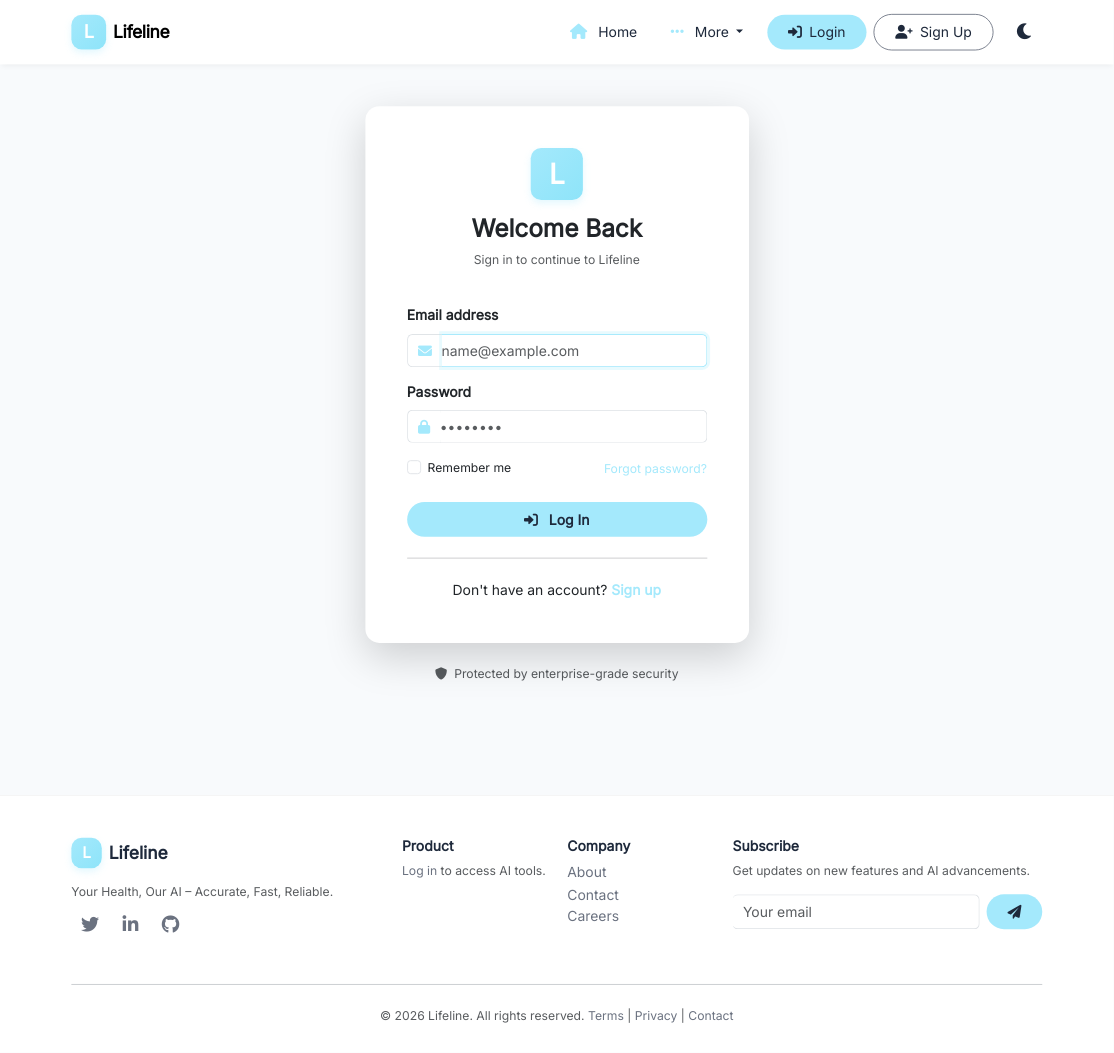
Repository: YackswebCode/lifeline
Page: http://localhost/login
An editor plug-in stored every save of this project. The page is shown before and after the next save, followed by the edit.
The browser window is 1280 px wide. The pictures show the whole page, at 87% of full size.
The page is served by the project's Laravel application, run on PHP 8.4 with Laravel 12. Other server files are loaded and not shown.

Above is the page before, as saved 2026-02-25 16:31:51.

### routes/web.php
<?php

use Illuminate\Support\Facades\Route;
use App\Http\Controllers\LandingController;
use App\Http\Controllers\DashboardController;
use App\Http\Controllers\AnalyzeController;
use App\Http\Controllers\SettingsController;
use App\Http\Controllers\Admin\DashboardController as AdminDashboardController;
use App\Http\Controllers\PageController;

Route::get('/', [LandingController::class, 'index'])->name('landing');

// Authentication pages (static design only)
Route::get('/login', function () {
    return view('auth.login');
})->name('login');
Route::get('/register', function () {
    return view('auth.register');
})->name('register');

// Protected pages (just design, no middleware yet)
Route::get('/dashboard', [DashboardController::class, 'index'])->name('dashboard');
Route::get('/analyze', [AnalyzeController::class, 'index'])->name('analyze');
Route::get('/settings', [SettingsController::class, 'index'])->name('settings');

// Admin pages
Route::prefix('admin')->name('admin.')->group(function () {
    Route::get('/dashboard', [AdminDashboardController::class, 'index'])->name('dashboard');
});

// Static pages
Route::get('/about', [PageController::class, 'about'])->name('about');
Route::get('/contact', [PageController::class, 'contact'])->name('contact');
Route::get('/terms', [PageController::class, 'terms'])->name('terms');
Route::get('/privacy', [PageController::class, 'privacy'])->name('privacy');

### resources/views/auth/login.blade.php
@extends('layouts.app')

@section('title', 'Login - Lifeline')

@section('content')
<div class="container">
    <div class="row justify-content-center align-items-center min-vh-75">
        <div class="col-md-8 col-lg-6 col-xl-5">
            <!-- Card with subtle shadow and rounded corners -->
            <div class="card border-0 shadow-lg rounded-4 p-4 p-md-5">
                <!-- Brand icon / logo at the top -->
                <div class="text-center mb-4">
                    <div class="logo mx-auto" style="width: 60px; height: 60px; font-size: 2rem;">L</div>
                    <h3 class="mt-3 fw-bold">Welcome Back</h3>
                    <p class="text-muted small">Sign in to continue to Lifeline</p>
                </div>

                <!-- Login Form -->
                <form method="POST" action="{{ route('login') }}">
                    @csrf

                    <!-- Email field with icon -->
                    <div class="mb-3">
                        <label for="email" class="form-label fw-semibold">Email address</label>
                        <div class="input-group">
                            <span class="input-group-text bg-transparent border-end-0" id="email-icon">
                                <i class="fas fa-envelope" style="color: var(--brand);"></i>
                            </span>
                            <input type="email" class="form-control border-start-0 ps-0" id="email" name="email" placeholder="name@example.com" required autofocus>
                        </div>
                    </div>

                    <!-- Password field with icon -->
                    <div class="mb-3">
                        <label for="password" class="form-label fw-semibold">Password</label>
                        <div class="input-group">
                            <span class="input-group-text bg-transparent border-end-0" id="password-icon">
                                <i class="fas fa-lock" style="color: var(--brand);"></i>
                            </span>
                            <input type="password" class="form-control border-start-0 ps-0" id="password" name="password" placeholder="••••••••" required>
                        </div>
                    </div>

                    <!-- Remember me and forgot password -->
                    <div class="d-flex justify-content-between align-items-center mb-4">
                        <div class="form-check">
                            <input class="form-check-input" type="checkbox" name="remember" id="remember">
                            <label class="form-check-label small" for="remember">Remember me</label>
                        </div>
                        <a href="#" class="small text-decoration-none" style="color: var(--brand);">Forgot password?</a>
                    </div>

                    <!-- Submit button -->
                    <button type="button" class="btn btn-brand w-100 py-2 fw-semibold">
                        <i class="fas fa-sign-in-alt me-2"></i> Log In
                    </button>
                </form>

                <!-- Divider -->
                <hr class="my-4">

                <!-- Sign up link -->
                <p class="text-center mb-0">
                    Don't have an account?
                    <a href="{{ route('register') }}" class="text-decoration-none fw-semibold" style="color: var(--brand);">Sign up</a>
                </p>
            </div>

            <!-- Extra info / trust badge -->
            <p class="text-center text-muted small mt-4">
                <i class="fas fa-shield-alt me-1"></i> Protected by enterprise-grade security
            </p>
        </div>
    </div>
</div>
@endsection

@push('styles')
<style>
    /* Additional fine-tuning for the login page */
    .min-vh-75 {
        min-height: 75vh;
    }

    .input-group-text {
        border: 1px solid #dee2e6;
        border-right: none;
        background-color: transparent;
    }

    .form-control {
        border-left: none;
        border-color: #dee2e6;
    }

    .form-control:focus {
        border-color: var(--brand);
        box-shadow: 0 0 0 0.2rem rgba(164, 233, 252, 0.25);
    }

    /* Dark mode adjustments */
    body.dark-mode .input-group-text,
    body.dark-mode .form-control {
        background-color: var(--white);
        border-color: #334155;
        color: var(--text-light);
    }

    body.dark-mode .form-control::placeholder {
        color: #94a3b8;
    }

    body.dark-mode .form-check-input {
        background-color: var(--white);
        border-color: #4b5563;
    }
</style>
@endpush

### resources/views/layouts/app.blade.php
<!DOCTYPE html>
<html lang="en">
<head>
    <meta charset="UTF-8">
    <meta name="viewport" content="width=device-width, initial-scale=1.0">
    <meta name="csrf-token" content="{{ csrf_token() }}">
    <title>@yield('title', 'Lifeline') - AI X‑ray Analysis</title>
    <!-- Bootstrap 5 CDN -->
    <link href="https://cdn.jsdelivr.net/npm/bootstrap@5.3.0-alpha1/dist/css/bootstrap.min.css" rel="stylesheet">
    <!-- Font Awesome 6 -->
    <link rel="stylesheet" href="https://cdnjs.cloudflare.com/ajax/libs/font-awesome/6.0.0-beta3/css/all.min.css">
    <!-- Google Fonts: Inter -->
    <link href="https://fonts.googleapis.com/css2?family=Inter:opsz@14..32&display=swap" rel="stylesheet">
    <style>
        :root {
            --brand: #a4e9fc;
            --brand-dark: #7bcde0;
            --white: #ffffff;
            --bg-light: #f8fafc;
            --bg-dark: #1a202c;
            --text-light: #1e293b;
            --text-dark: #e2e8f0;
            --muted: #6b7280;
            --danger: #dc2626;
            --success: #10b981;
            --card-radius: 1rem;
            --shadow-soft: 0 10px 25px -5px rgba(0,0,0,0.1), 0 8px 10px -6px rgba(0,0,0,0.02);
            --transition: all 0.2s ease;
        }

        body.dark-mode {
            --bg-light: #0f172a;
            --text-light: #e2e8f0;
            --white: #1e293b;
            --muted: #94a3b8;
        }

        body {
            font-family: 'Inter', system-ui, sans-serif;
            background-color: var(--bg-light);
            color: var(--text-light);
            transition: background-color 0.3s, color 0.3s;
            line-height: 1.6;
        }

        .navbar {
            background-color: var(--white) !important;
            box-shadow: 0 4px 6px -2px rgba(0,0,0,0.05);
            padding: 0.75rem 1rem;
        }
        .navbar-brand {
            font-weight: 600;
            letter-spacing: -0.02em;
        }
        .logo {
            width: 40px;
            height: 40px;
            background: linear-gradient(135deg, var(--brand) 0%, #8ee4f9 100%);
            border-radius: 12px;
            display: flex;
            align-items: center;
            justify-content: center;
            color: white;
            font-weight: 700;
            font-size: 1.3rem;
            box-shadow: 0 4px 8px rgba(164,233,252,0.3);
        }
        .nav-link {
            font-weight: 500;
            color: var(--text-light) !important;
            padding: 0.5rem 1rem !important;
            border-radius: 2rem;
            margin: 0 0.2rem;
            transition: var(--transition);
        }
        .nav-link i {
            margin-right: 0.5rem;
            color: var(--brand);
            font-size: 1.1rem;
            transition: var(--transition);
        }
        .nav-link:hover {
            background-color: rgba(164,233,252,0.1);
        }
        .nav-link:hover i {
            transform: scale(1.1);
        }
        .btn-brand {
            background: var(--brand);
            color: #1e293b;
            border: none;
            padding: 0.5rem 1.5rem;
            border-radius: 2rem;
            font-weight: 500;
            transition: var(--transition);
        }
        .btn-brand:hover {
            background: var(--brand-dark);
            color: #0f172a;
            transform: translateY(-2px);
            box-shadow: 0 6px 12px rgba(164,233,252,0.3);
        }
        .btn-outline-secondary {
            border: 1px solid var(--muted);
            color: var(--text-light);
            border-radius: 2rem;
            padding: 0.5rem 1.5rem;
            transition: var(--transition);
        }
        .btn-outline-secondary:hover {
            background-color: var(--muted);
            color: white;
            border-color: var(--muted);
        }

        .dark-mode-toggle {
            background: transparent;
            border: none;
            color: var(--text-light);
            font-size: 1.3rem;
            margin-left: 1rem;
            cursor: pointer;
            display: flex;
            align-items: center;
            justify-content: center;
            width: 40px;
            height: 40px;
            border-radius: 50%;
            transition: var(--transition);
        }
        .dark-mode-toggle:hover {
            background-color: rgba(164,233,252,0.2);
        }

        main {
            min-height: 70vh;
        }

        .card {
            background-color: var(--white);
            border-radius: var(--card-radius);
            box-shadow: var(--shadow-soft);
            border: none;
            transition: var(--transition);
        }
        .card:hover {
            transform: translateY(-4px);
            box-shadow: 0 20px 30px -10px rgba(0,0,0,0.15);
        }

        .footer {
            background-color: var(--white);
            border-top: 1px solid rgba(0,0,0,0.05);
            padding: 3rem 0 2rem;
            margin-top: 4rem;
        }
        .footer a {
            color: var(--muted);
            text-decoration: none;
            transition: var(--transition);
        }
        .footer a:hover {
            color: var(--brand);
        }
        .footer .social-icons i {
            font-size: 1.3rem;
            margin: 0 0.7rem;
            color: var(--muted);
            transition: var(--transition);
        }
        .footer .social-icons i:hover {
            color: var(--brand);
            transform: translateY(-3px);
        }

        @media (max-width: 768px) {
            .navbar-nav {
                margin-top: 1rem;
            }
            .nav-link i {
                margin-right: 0.3rem;
            }
            .dark-mode-toggle {
                margin-left: 0;
                margin-top: 0.5rem;
            }
        }
    </style>
    @stack('styles')
</head>
<body>
    @php
        // For static design, set this to false to hide protected links.
        // Change to true to preview logged‑in state.
        $loggedIn = false;
    @endphp

    <!-- Navbar -->
    <nav class="navbar navbar-expand-lg sticky-top">
        <div class="container">
            <a class="navbar-brand d-flex align-items-center gap-2" href="{{ route('landing') }}">
                <div class="logo">L</div>
                <span class="fw-bold">Lifeline</span>
            </a>
            <button class="navbar-toggler" type="button" data-bs-toggle="collapse" data-bs-target="#navbarNav">
                <span class="navbar-toggler-icon"></span>
            </button>
            <div class="collapse navbar-collapse" id="navbarNav">
                <ul class="navbar-nav ms-auto align-items-center">
                    <!-- Public: Home always visible -->
                    <li class="nav-item">
                        <a class="nav-link" href="{{ route('landing') }}">
                            <i class="fas fa-home"></i> Home
                        </a>
                    </li>

                    <!-- Protected links: only shown when logged in -->
                    @if($loggedIn)
                        <li class="nav-item">
                            <a class="nav-link" href="{{ route('analyze') }}">
                                <i class="fas fa-upload"></i> Analyze
                            </a>
                        </li>
                        <li class="nav-item">
                            <a class="nav-link" href="{{ route('dashboard') }}">
                                <i class="fas fa-chart-line"></i> Dashboard
                            </a>
                        </li>
                        <li class="nav-item">
                            <a class="nav-link" href="{{ route('settings') }}">
                                <i class="fas fa-cog"></i> Settings
                            </a>
                        </li>
                    @endif

                    <!-- More dropdown (public) -->
                    <li class="nav-item dropdown">
                        <a class="nav-link dropdown-toggle" href="#" role="button" data-bs-toggle="dropdown">
                            <i class="fas fa-ellipsis-h"></i> More
                        </a>
                        <ul class="dropdown-menu dropdown-menu-end">
                            <li><a class="dropdown-item" href="{{ route('about') }}"><i class="fas fa-info-circle me-2"></i>About</a></li>
                            <li><a class="dropdown-item" href="{{ route('contact') }}"><i class="fas fa-envelope me-2"></i>Contact</a></li>
                            <li><hr class="dropdown-divider"></li>
                            <li><a class="dropdown-item" href="{{ route('terms') }}"><i class="fas fa-file-contract me-2"></i>Terms</a></li>
                            <li><a class="dropdown-item" href="{{ route('privacy') }}"><i class="fas fa-lock me-2"></i>Privacy</a></li>
                        </ul>
                    </li>

                    <!-- Auth buttons: shown when logged out; when logged in, we can show a profile dropdown -->
                    @if(!$loggedIn)
                        <li class="nav-item">
                            <a class="btn btn-brand ms-lg-2" href="{{ route('login') }}">
                                <i class="fas fa-sign-in-alt me-1"></i> Login
                            </a>
                        </li>
                        <li class="nav-item">
                            <a class="btn btn-outline-secondary ms-2" href="{{ route('register') }}">
                                <i class="fas fa-user-plus me-1"></i> Sign Up
                            </a>
                        </li>
                    @else
                        <!-- When logged in, replace with user menu (static for design) -->
                        <li class="nav-item dropdown">
                            <a class="nav-link dropdown-toggle" href="#" role="button" data-bs-toggle="dropdown">
                                <i class="fas fa-user-circle"></i> Profile
                            </a>
                            <ul class="dropdown-menu dropdown-menu-end">
                                <li><a class="dropdown-item" href="{{ route('settings') }}"><i class="fas fa-cog me-2"></i>Settings</a></li>
                                <li><hr class="dropdown-divider"></li>
                                <li><a class="dropdown-item" href="#"><i class="fas fa-sign-out-alt me-2"></i>Logout</a></li>
                            </ul>
                        </li>
                    @endif

                    <!-- Dark mode toggle (always visible) -->
                    <li class="nav-item">
                        <button class="dark-mode-toggle" id="darkModeToggle">
                            <i class="fas fa-moon"></i>
                        </button>
                    </li>
                </ul>
            </div>
        </div>
    </nav>

    <!-- Main content -->
    <main class="py-5">
        <div class="container">
            @yield('content')
        </div>
    </main>

    <!-- Footer -->
    <footer class="footer">
        <div class="container">
            <div class="row">
                <div class="col-md-4 mb-4">
                    <div class="d-flex align-items-center gap-2 mb-3">
                        <div class="logo" style="width: 35px; height: 35px; font-size: 1.1rem;">L</div>
                        <span class="fw-bold fs-5">Lifeline</span>
                    </div>
                    <p class="text-muted small">Your Health, Our AI – Accurate, Fast, Reliable.</p>
                    <div class="social-icons">
                        <a href="#"><i class="fab fa-twitter"></i></a>
                        <a href="#"><i class="fab fa-linkedin-in"></i></a>
                        <a href="#"><i class="fab fa-github"></i></a>
                    </div>
                </div>

                <!-- Product links: only shown when logged in -->
                @if($loggedIn)
                <div class="col-md-2 mb-4">
                    <h6 class="fw-bold">Product</h6>
                    <ul class="list-unstyled">
                        <li><a href="{{ route('analyze') }}">Analyze</a></li>
                        <li><a href="{{ route('dashboard') }}">Dashboard</a></li>
                        <li><a href="{{ route('settings') }}">Settings</a></li>
                    </ul>
                </div>
                @else
                <div class="col-md-2 mb-4">
                    <h6 class="fw-bold">Product</h6>
                    <p class="text-muted small"><a href="{{ route('login') }}">Log in</a> to access AI tools.</p>
                </div>
                @endif

                <div class="col-md-2 mb-4">
                    <h6 class="fw-bold">Company</h6>
                    <ul class="list-unstyled">
                        <li><a href="{{ route('about') }}">About</a></li>
                        <li><a href="{{ route('contact') }}">Contact</a></li>
                        <li><a href="#">Careers</a></li>
                    </ul>
                </div>

                <div class="col-md-4 mb-4">
                    <h6 class="fw-bold">Subscribe</h6>
                    <p class="text-muted small">Get updates on new features and AI advancements.</p>
                    <form class="d-flex">
                        <input type="email" class="form-control me-2" placeholder="Your email">
                        <button class="btn btn-brand" type="submit"><i class="fas fa-paper-plane"></i></button>
                    </form>
                </div>
            </div>
            <hr class="my-4">
            <div class="row">
                <div class="col text-center text-muted small">
                    &copy; {{ date('Y') }} Lifeline. All rights reserved.
                    <a href="{{ route('terms') }}">Terms</a> |
                    <a href="{{ route('privacy') }}">Privacy</a> |
                    <a href="{{ route('contact') }}">Contact</a>
                </div>
            </div>
        </div>
    </footer>

    <!-- Bootstrap JS -->
    <script src="https://cdn.jsdelivr.net/npm/bootstrap@5.3.0-alpha1/dist/js/bootstrap.bundle.min.js"></script>
    <!-- Dark mode script -->
    <script>
        (function() {
            const toggle = document.getElementById('darkModeToggle');
            const icon = toggle.querySelector('i');
            const body = document.body;
            const savedMode = localStorage.getItem('darkMode');
            if (savedMode === 'enabled') {
                body.classList.add('dark-mode');
                icon.classList.remove('fa-moon');
                icon.classList.add('fa-sun');
            }
            toggle.addEventListener('click', () => {
                if (body.classList.contains('dark-mode')) {
                    body.classList.remove('dark-mode');
                    icon.classList.remove('fa-sun');
                    icon.classList.add('fa-moon');
                    localStorage.setItem('darkMode', 'disabled');
                } else {
                    body.classList.add('dark-mode');
                    icon.classList.remove('fa-moon');
                    icon.classList.add('fa-sun');
                    localStorage.setItem('darkMode', 'enabled');
                }
            });
        })();
    </script>
    @stack('scripts')
</body>
</html>

Loaded but not shown: app/Providers/AppServiceProvider.php (common file)

After the next save:
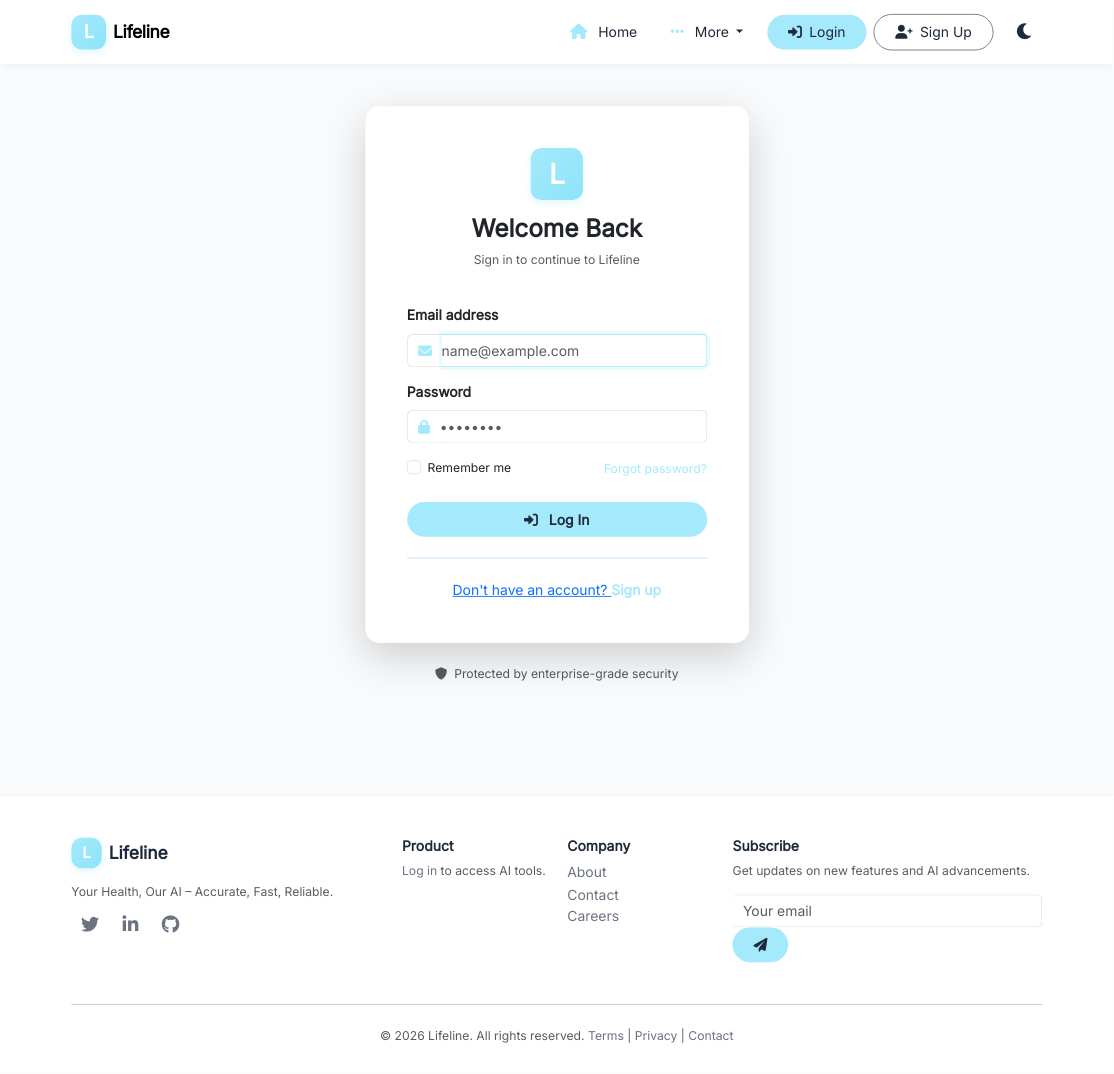
Saved 13 s later.
--- a/resources/views/auth/login.blade.php
+++ b/resources/views/auth/login.blade.php
@@ -51,9 +51,9 @@
                     </div>
 
                     <!-- Submit button -->
-                    <button type="button" class="btn btn-brand w-100 py-2 fw-semibold">
+                    <a href="{{ route('register') }}∂"><button type="button" class="btn btn-brand w-100 py-2 fw-semibold">
                         <i class="fas fa-sign-in-alt me-2"></i> Log In
-                    </button>
+                    </button></
                 </form>
 
                 <!-- Divider -->
